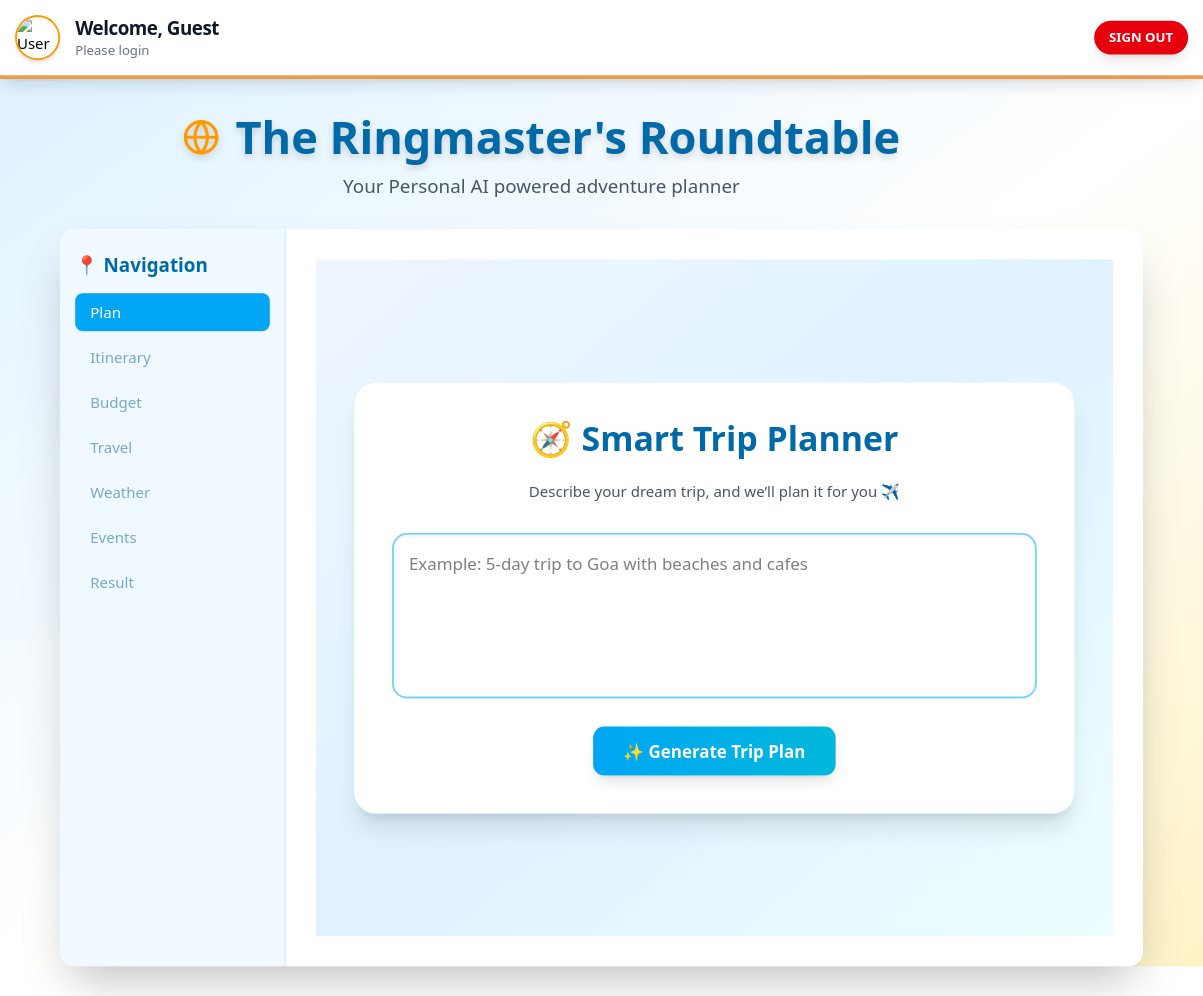
Repository: vega2006/The-Ringmaster-s-Roundtable
Page: /prompt (app in client/)
An editor plug-in stored every save of this project. The page is shown before and after the next save, followed by the edit.
The browser window is 1280 px wide. The pictures show the whole page, at 94% of full size.
The page's requests for data from a server got no answer. The project was rebuilt for these pictures with package versions that can differ from the ones it lists, and the page was loaded fresh each time. No one was signed in, and anything a server would have sent is missing. Also part of the build but not shown: client/vite.config.js, client/src/components/GoogleLogin.jsx, client/src/components/NotFound.jsx, client/src/components/PlanInput.jsx, client/src/components/WeatherContent.jsx, client/src/components/TravelContent.jsx, client/src/components/ItineraryContent.jsx, client/src/components/BudgetContent.jsx and 5 more.

Above is the page before, as saved 2025-10-09 01:35:27.

After the next save:
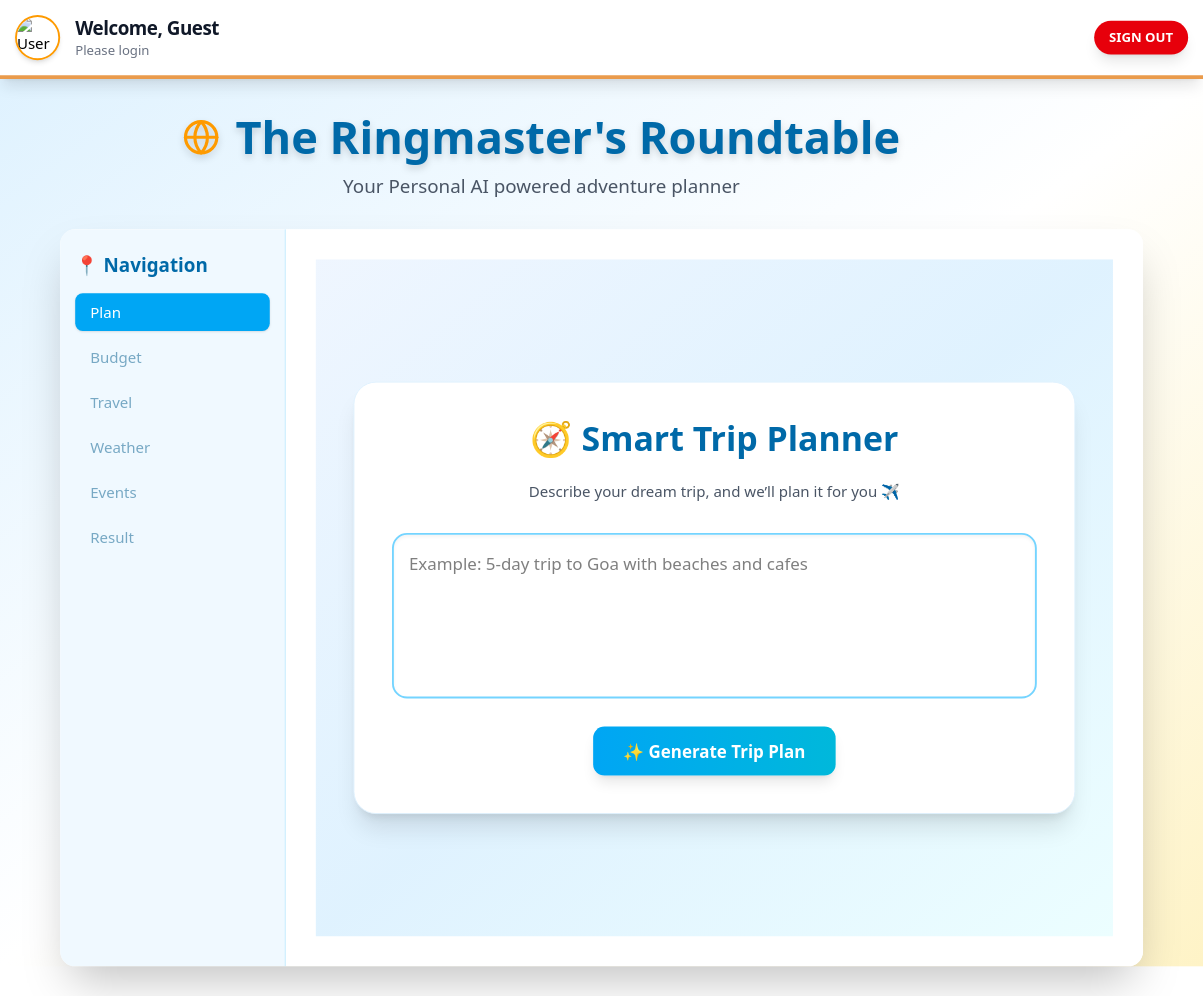
Saved 23 s later.
--- a/client/src/pages/AIDashboard.jsx
+++ b/client/src/pages/AIDashboard.jsx
@@ -1,6 +1,6 @@
 import {TripProvider } from "../contexts/TripContext";
 import AppHeader from "../components/AppHeader";
-import Sidebar from "../components/Sidebar";
+import PromptBasedSidebar from "../components/PromptBasedSidebar";
 import MainContent from "../components/MainContent";
 import AIContentRouter from "../components/AIContentRouter";
 import React, { useEffect, useState } from 'react'
@@ -61,7 +61,7 @@
         <div className="min-h-screen bg-gradient-to-br from-sky-100 via-white to-amber-100 font-inter">
           <AppHeader />
           <div className="max-w-6xl mx-auto grid grid-cols-1 md:grid-cols-[240px_1fr] bg-white shadow-2xl rounded-2xl overflow-hidden mt-4 mb-8">
-            <Sidebar />
+            <PromptBasedSidebar />
 
 
             <MainContent>
